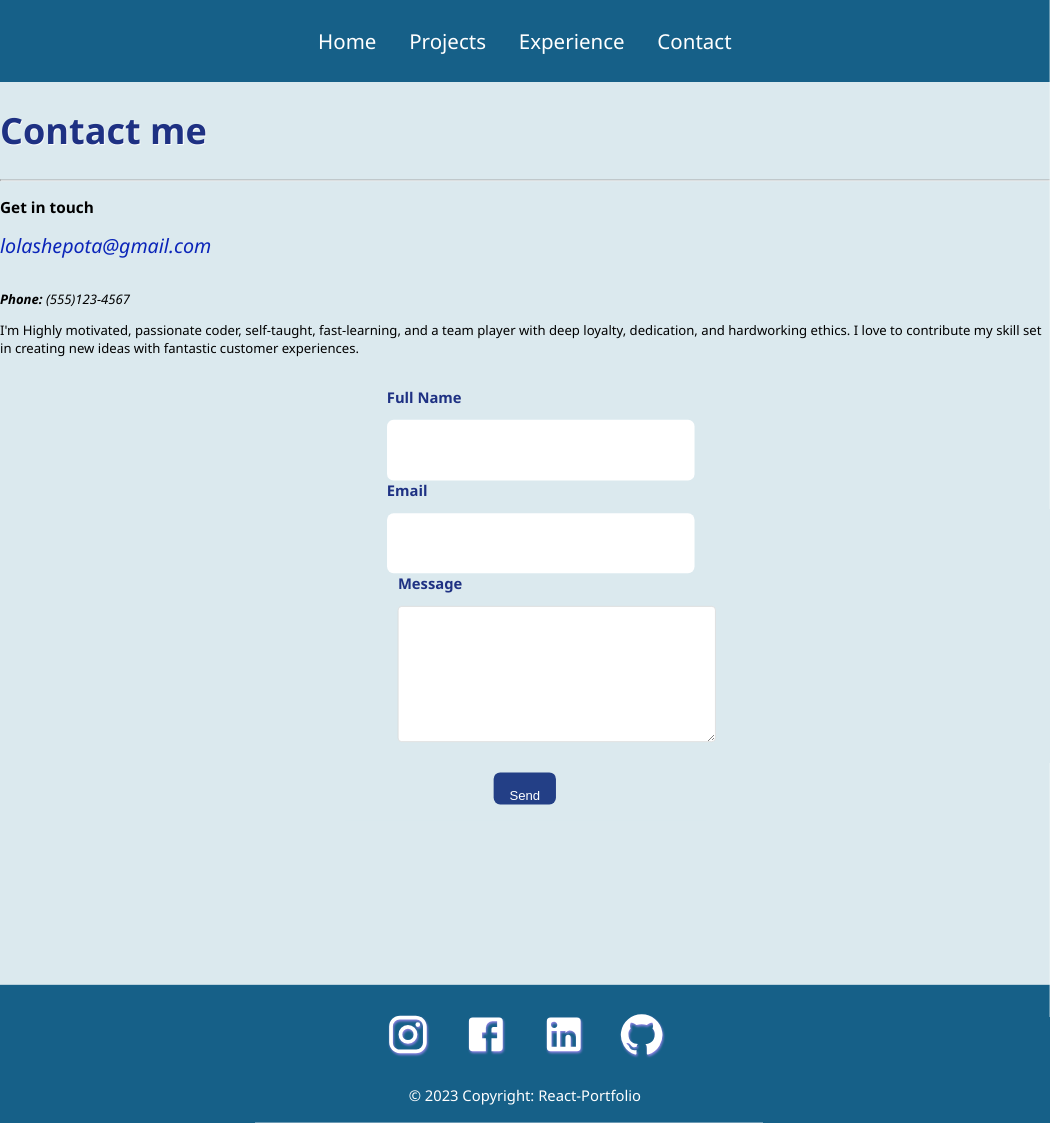
Repository: LolaSL/react-portfolio
Page: /contact
The author's editor kept a copy of each file at every save. The page is drawn from the files as they stood at one save, then again after the next save.
The browser window is 1280 px wide. The pictures show the whole page, at 82% of full size.
The project was rebuilt for these pictures with package versions that can differ from the ones it lists, and the page was loaded fresh each time. Also part of the build but not shown: src/pages/Home/Style.css, src/pages/Home/Home.jsx, src/components/ProjectItem/Style.css, src/components/ProjectItem/ProjectItem.jsx, src/helpers/ProjectList.js, src/pages/Projects/Style.css, src/pages/Projects/Projects.jsx, src/pages/Experience/Style.css and 2 more.

Above is the page before, as saved 2023-09-27 17:39:31.

### src/App.js
import './App.css';
import { BrowserRouter as Router, Routes, Route } from 'react-router-dom';
import Home from './pages/Home/Home.jsx';
import Projects from './pages/Projects/Projects.jsx';
import Experience from './pages/Experience/Experience.jsx';
import Navbar from "./components/Navbar/Navbar.jsx";
import Footer from './components/Footer/Footer.jsx';
import ProjectDetail from './pages/ProjectDetail/ProjectDetail';
import Contact from './pages/Contact/Contact';


function App() {
  return (
    <div className="App">
      <Router>
      <Navbar />
        <Routes>
          <Route path="/" element={<Home />} />
          <Route path="/projects" element={<Projects />} />
          <Route path="/project/:id" element={<ProjectDetail />} />
          <Route path="/experience" element={<Experience />} />
          <Route path="/contact" element ={<Contact/>}/>
        </Routes>
        <Footer />
      </Router>
    </div>
  );
}

export default App;

### src/App.css
.App {
  width: 100%;
  height: auto;
  display: flex;
  flex-direction: column;
  font-family:'Segoe UI', Tahoma, Geneva, Verdana, sans-serif;
  background-color: #dbe9ee;
}

body {
  margin: 0;
  padding: 0;
}

### src/components/Navbar/Navbar.jsx
import React, { useEffect, useState } from "react";
import { Link, useLocation } from "react-router-dom";
import DehazeIcon from "@mui/icons-material/Dehaze";
import "./Style.css";

const Navbar = () => {
  const [expandNavbar, setExpandNavbar] = useState(false);
  const location = useLocation();
  useEffect(() => {
    setExpandNavbar(false);
  }, [location]);
  return (
    <div className="navbar" id={expandNavbar ? "open" : "close"}>
      <div className="toggleButton">
        <button
          onClick={() => {
            setExpandNavbar((prev) => !prev);
          }}
        >
          <DehazeIcon />
        </button>
      </div>
      <div className="links">
        <Link to="/"> Home </Link>
        <Link to="/projects"> Projects </Link>
        <Link to="/experience"> Experience </Link>
        <Link to="/contact"> Contact </Link>
      </div>
    </div>
  );
};

export default Navbar;

### src/components/Footer/Footer.jsx
import React from "react";
import { Link } from "react-router-dom";
import InstagramIcon from "@mui/icons-material/Instagram";
import FacebookIcon from "@mui/icons-material/Facebook";
import LinkedInIcon from "@mui/icons-material/LinkedIn";
import GitHubIcon from "@mui/icons-material/GitHub";
import "./Style.css";

const Footer = () => {
  return (
    <div className="footer">
      <div className="socialMedia">
        <Link to="https://www.instagram.com">
          <InstagramIcon />
        </Link>
        <Link to="https://www.facebook.com">
          <FacebookIcon />
        </Link>
        <Link to="https://www.linkedin.com/in/lola-s-2aba6340-lo">
          <LinkedInIcon />
        </Link>
        <Link to="https://github.com">
          <GitHubIcon />
        </Link>
      </div>
      <div className="copyright">
        <p>&copy; {new Date().getFullYear()} Copyright: React-Portfolio</p>
      </div>
    </div>
  );
};

export default Footer;

### src/pages/Contact/Contact.jsx
// import React, { useRef } from "react";
// import emailjs from "@emailjs/browser";
// import { Container, Row, Col } from "react-bootstrap";
// import { contactConfig } from "./contactConfig";
// import "./Style.css";

// const ContactForm = () => {
//   const form = useRef();

//   const sendEmail = (e) => {
//     e.preventDefault();

//     emailjs.sendForm("MY_SERVICE", "MY-TEMPLATE", form.current, "MY-KEY").then(
//       (result) => {
//         console.log(result.text);
//         console.log("message sent");
//       },
//       (error) => {
//         console.log(error.text);
//       }
//     );
//   };
//   return (
//     <Container >
//       <Row className="mb-5 mt-3 p-4">
//         <Col lg="8">
//           {" "}
//           <h1 className="display-4 mb-4 text-center">Contact me</h1>
//           <hr className="t_border my-4 ml-0 text-left" />
//         </Col>
//       </Row>
//       <Row className="sec-sp">
//         <Col lg="5" className="mb-5">
//           <h3 className="color_sec py-4">Get in touch</h3>
//           <address>
//             <strong>      <a href={`mailto:${contactConfig.YOUR_EMAIL}`}>
//                 {contactConfig.YOUR_EMAIL}
//               </a></strong>
//               <br />
//               <br />
//               {contactConfig.hasOwnProperty("YOUR_FONE") ? (
//                 <p>
//                   <strong>Phone:</strong> {contactConfig.YOUR_FONE}
//                 </p>
//               ) : (
//                 ""
//               )}
//             </address>
//             <p>{contactConfig.description}</p>
//           </Col>
//         <Col lg="7" className="d-flex align-items-center">
//           <form ref={form} onSubmit={sendEmail} className="contact-form w-100">
//           <Row>
//                 <Col lg="6" className="form-group">
//                   <input
//                     className="form-control"
//                     id="name"
//                     name="name"
//                     placeholder="Name"
//                     type="text"
//                     required
//                   />
//                 </Col>
//                 <Col lg="6" className="form-group">
//                   <input
//                     className="form-control rounded-0"
//                     id="email"
//                     name="email"
//                     placeholder="Email"
//                     type="email"
//                     required
//                   />
//                 </Col>
//               </Row>
//               <textarea
//                 className="form-control rounded-0"
//                 id="message"
//                 name="message"
//                 placeholder="Message"
//                 rows="5"
//                 required
//               ></textarea>
//               <br />
//             <Row>
//               <Col lg="12" className="form-group">
//                 <input
//                   type="submit"
//                   className="btn"
//                   value="Send"
//                   disabled={true}
//                 />
//               </Col>
//             </Row>
//           </form>
//         </Col>
//       </Row>
//     </Container>
//   );
// };

// export default ContactForm;

import React, { useRef } from "react";
import emailjs from "@emailjs/browser";
import { Container, Row, Col } from "react-bootstrap";
import { contactConfig } from "./contactConfig";
import "./Style.css";

const ContactForm = () => {
  const form = useRef();

  const sendEmail = (e) => {
    e.preventDefault();

    emailjs.sendForm("MY_SERVICE", "MY-TEMPLATE", form.current, "MY-KEY").then(
      (result) => {
        console.log(result.text);
        console.log("message sent");
      },
      (error) => {
        console.log(error.text);
      }
    );
  };
  return (
    <Container>
      <Row className="mb-5 mt-3 p-4">
        <Col lg={{ span: 8, offset: 2 }} md={{ span: 10, offset: 1 }}>
          <h1 className="display-4 mb-4 text-center">Contact me</h1>
          <hr className="t_border my-4 ml-0 text-left" />
        </Col>
      </Row>
      <Row className="sec-sp">
        <Col lg={5} md={6} className="mb-5">
          <h3 className="color_sec py-4">Get in touch</h3>
          <address>
            <strong>
              <a href={`mailto:${contactConfig.YOUR_EMAIL}`}>
                {contactConfig.YOUR_EMAIL}
              </a>
            </strong>
            <br />
            <br />
            {contactConfig.hasOwnProperty("YOUR_FONE") ? (
              <p>
                <strong>Phone:</strong> {contactConfig.YOUR_FONE}
              </p>
            ) : (
              ""
            )}
          </address>
          <p>{contactConfig.description}</p>
        </Col>
        <Col lg={7} md={6} className="d-flex align-items-center">
          <form ref={form} onSubmit={sendEmail} className="contact-form w-100">
            <Row className="w-100">
              <Col lg={6} md={6} sm={12} className="form-group">
                <label htmlFor="name">Full Name</label>
                <input
                  className="form-control"
                  id="name"
                  name="name"
                  type="text"
                  required
                />
              </Col>
              <Col lg={6} md={6} sm={12} className="form-group">
                <label htmlFor="email">Email</label>
                <input
                  className="form-control rounded-0"
                  id="email"
                  name="email"
                  type="email"
                  required
                />
              </Col>
            </Row>
            <Row className="w-100">
              <Col lg={12} md={12} sm={12} className="form-group">
                <label htmlFor="message">Message</label>
                <textarea
                  className="form-control rounded-0"
                  id="message"
                  name="message"
                  rows="5"
                  required
                ></textarea>
              </Col>
            </Row>
            <Row className="w-100">
              <Col lg={12} md={12} sm={12} className="form-group ">
                <input
                  type="submit"
                  className="btn btn-primary"
                  value="Send"
                  disabled={false}
                />
              </Col>
            </Row>
          </form>
        </Col>
      </Row>
    </Container>
  );
};

export default ContactForm;

### src/components/Navbar/Style.css
.navbar {
  width: 100%;
  height: 100px;
  background: #166088;
}

.links {
  width: 100%;
  height: 100%;
  display: flex;
  align-items: center;
  justify-content: center;
  color: white;
}

.navbar a {
  color: white;
  text-decoration: none;
  margin: 20px;
  font-size: 25px;
}

.toggleButton {
  width: 100%;
  height: 100px;
  display: flex;
  align-items: center;
  justify-content: flex-end;
}

.toggleButton svg {
  font-size: 50px;
}
.toggleButton button {
  margin-right: 20px;
  padding: 8px;
  background-color: transparent;
  border: none;
  color: white;
  cursor: pointer;
}

#open {
  height: 100vh;
}

#open .links {
  flex-direction: column;
  justify-content: flex-start;
  margin-top: 100px;
}

#open a {
  width: 100%;
  text-align: center;
}

@media only screen and (max-width: 900px) {
  .navbar a {
    width: 600px;
  }
}

@media only screen and (max-width: 600px) {
  .toggleButton {
    display: flex;
  }
  #close a {
    display: none;
  }
}

@media only screen and (min-width: 600px) {
  .toggleButton {
    display: none;
  }

  .hiddenLinks {
    display: none;
  }

  #open {
    height: 100px;
  }

  #open .links {
    flex-direction: row;
  }
}

### src/components/Footer/Style.css
.footer {
    width: 100%;
    height: 155px;
    background: #166088;
    display: flex;
    justify-content: center;
    align-items: center;
    flex-direction: column;
    padding-top: 10px;
    margin-top: 200px;
    position: related;
    bottom: 0;
    left: 0;
    right: 0;
  }
  .footer{
    height: 22vh;
  }
  .socialMedia svg{
    color: white;
    margin: 20px;
    font-size: 55px;
    cursor: pointer;
    margin-bottom: 10px;
  }
  .socialMedia svg:hover{
    color: #e76972;
    margin: 20px;
    font-size: 55px;
    cursor: pointer;
    margin-bottom: 10px;
    background-color: transparent;
    transition: all ease 0.3s;
    border: none;
    text-shadow: 0 0 0.625em #d83535;
  }
.copyright p{
    color: white;
    font-size: 18px;
  }

  @media only screen and (max-width: 600px) {
    .footer svg {
      font-size: 50px;
    }
    .copyright p{
      font-size: 16px;
    }
  }

### src/pages/ProjectDetail/Style.css
.project {
  width: 100%;
    height: auto;
    display: flex;
    justify-content: center;
    align-items: center;
    flex-direction: column;
    color: #3e497a;
}

.project  h1 {
  text-align: center;
  color: #3e497a;
  font-size:50px;
  font-weight: bolder;
  margin-top: 30px

}
.project img {
  max-width: 700px;
  border-radius: 10px;
  margin-bottom: 40px;
}

.project h3 {
  font-size: 1.7rem;
  color: #3e497a;
  padding: 50px;
  text-align: justify;
}
a {
  text-decoration: none;
  color: rgb(11, 37, 185);
  font-weight: normal;
  font-size: 24px;
}
a:hover {
  text-decoration: none;
   color: #e76972;
  font-weight: bold;
  transition: all ease 0.3s;
  font-size: 24px;
  cursor: pointer;
  text-shadow: 0 0 0.625em #d83535;
}
.project svg {
  font-size: 60px;
  color: #3e497a;
}
.project svg:hover {
  color: #2d2d84;
  cursor: pointer;
}
svg {
  filter: drop-shadow(1px 2px 1px rgb(144, 130, 227));
}
@media only screen and (max-width: 1300px) {
  .project img {
    max-width: 500px;
    border-radius: 8px;
  }
  .project h1 {
    font-size: 1.8rem;
  }
  .project h3 {
    font-size: 1.4rem;
  }
}

@media only screen and (max-width: 800px) {
  .project img {
    max-width: 374px;
    border-radius: 6px;
  }
  .project h1 {
    font-size:37px;
    text-align: center;
    color: #3e497a;
  }
  .project h3 {
    font-size: 1.3rem;
  }

}

### src/pages/Contact/contactConfig.js
// const contactConfig = {
//     description: "I'm Highly motivated, passionate coder, self-taught, fast-learning, and a team player with deep loyalty, dedication, and hardworking ethics. I love to contribute my skill set in creating new ideas with fantastic customer experiences."
// }
// export {
//     contactConfig
// }
const logotext = 'Lola Shepota';
const meta = {
    title: 'Lola Shepota',
    description:
        "I'm Highly motivated, passionate coder, Full-Stact Junior. ",
};

const introdata = {
    title: 'I’m John Doe',
    animated: {
        first: 'I love coding',
        second: "I'm creating new ideas with fantastic customer experiences",
        third: 'A team player with deep loyalty',
    },
    description:
        "I'm self-taught, fast-learning, and  dedication, and hardworking ethics. I love contributing my skills to code websites.",
    your_img_url: 'https://avatars.githubusercontent.com/u/67796082?v=4',
};

const dataabout = {
    title: 'About my self',
    aboutme:
        'Lorem ipsum dolor sit amet, consectetur adipiscing elit. Praesent quis dolor id ligula semper elementum feugiat pretium nulla. Nunc non commodo dolor. Nunc mollis dignissim facilisis. Morbi ut magna ultricies.',
};
const worktimeline = [
    {
        jobtitle: 'Designer of week',
        where: 'YAdfi',
        date: '2020',
    },
    {
        jobtitle: 'Designer of week',
        where: 'Jamalya',
        date: '2019',
    },
    {
        jobtitle: 'Designer of week',
        where: 'ALquds',
        date: '2019',
    },
];



const services = [
    {
        title: 'UI & UX Design',
        description:
            'Lorem ipsum dolor sit amet, consectetur adipiscing elit. Sed at nisl euismod urna bibendum sollicitudin.',
    },
    {
        title: 'Mobile Apps',
        description:
            'Lorem ipsum dolor sit amet, consectetur adipiscing elit. Sed at nisl euismod urna bibendum sollicitudin.',
    },
    {
        title: 'Wordpress Design',
        description:
            'Lorem ipsum dolor sit amet, consectetur adipiscing elit. Sed at nisl euismod urna bibendum sollicitudin.',
    },
];

const contactConfig = {
    YOUR_EMAIL: 'lolashepota@gmail.com',
    YOUR_FONE: '(555)123-4567',
    description:
        "I'm Highly motivated, passionate coder, self-taught, fast-learning, and a team player with deep loyalty, dedication, and hardworking ethics. I love to contribute my skill set in creating new ideas with fantastic customer experiences.",
    YOUR_SERVICE_ID: 'service_id',
    YOUR_TEMPLATE_ID: 'template_id',
    YOUR_USER_ID: 'user_id',
};


export {
    meta,
    dataabout,
    worktimeline,
    services,
    introdata,
    contactConfig,
    logotext,
};

### src/pages/Contact/Style.css
.contact-form {
  max-width: 400px;
  margin: 0 auto;
  padding: 20px;
  background-color: #dbe9ee;
  display: flex;
  flex-direction: column;
  align-items: center;
  color: #1e3183;
  font-size: 18px;
  font-weight: 600;


}
h1{
  font-size: 44px;
 color: #1e3183;
 text-shadow: 1px 1px 1px #ffffff;

}
  input {
    width: 100%;
    height: 35px;
    padding: 9px;
    outline: none;
    border-radius: 5px;
    border: 1px solid rgb(220, 220, 220);

    &:focus {
      border: 2px solid rgba(0, 206, 158, 1);
    }
  }
  input,
  textarea {
    width: 100%;
    font-size: 1rem;
    padding: 1.2rem;
    color: grey;
    background-color: dark;
    outline: none;
    border: none;
    border-radius: 8px;
    margin-top: 1rem;
  }
  textarea {
   width: 120%;
    max-height: 100px;
    /* min-height: 100px; */
    padding: 7px;
    outline: none;
    border-radius: 5px;
    border: 1px solid rgb(220, 220, 220);
    min-height:150px;
    resize: vertical;
    &:focus {
      border: 2px solid rgba(0, 206, 158, 1);
    }
  }

  input[type="submit"] {
    margin-top: 2rem;
    cursor: pointer;
    background: #233f86;
    color: white;
    border: none;
    width: 100%;
  }
  input:hover[type="submit"] {
    margin-top: 2rem;
    cursor: pointer;
    background: #e76972;
    color: white;
    border: none;
  }

/*
  .form-group {
    width: 100%;
    margin-bottom: 2rem;
  }
  label {
    font-size: 1.8rem;
  }
  input,
  textarea {
    width: 100%;
    font-size: 2rem;
    padding: 1.2rem;
    color: var(--gray-1);
    background-color: var(--deep-dark);
    outline: none;
    border: none;
    border-radius: 8px;
    margin-top: 1rem;
  }
  textarea {
    min-height: 250px;
    resize: vertical;
  }
  button[type='submit'] {
    background-color: var(--gray-1);
    color: var(--black);
    font-size: 2rem;
    display: inline-block;
    outline: none;
    border: none;
    padding: 1rem 4rem;
    border-radius: 8px;
    cursor: pointer;
  } */

Loaded but not shown: public/index.html (common file); src/index.js (common file); src/reportWebVitals.js (common file)

After the next save:
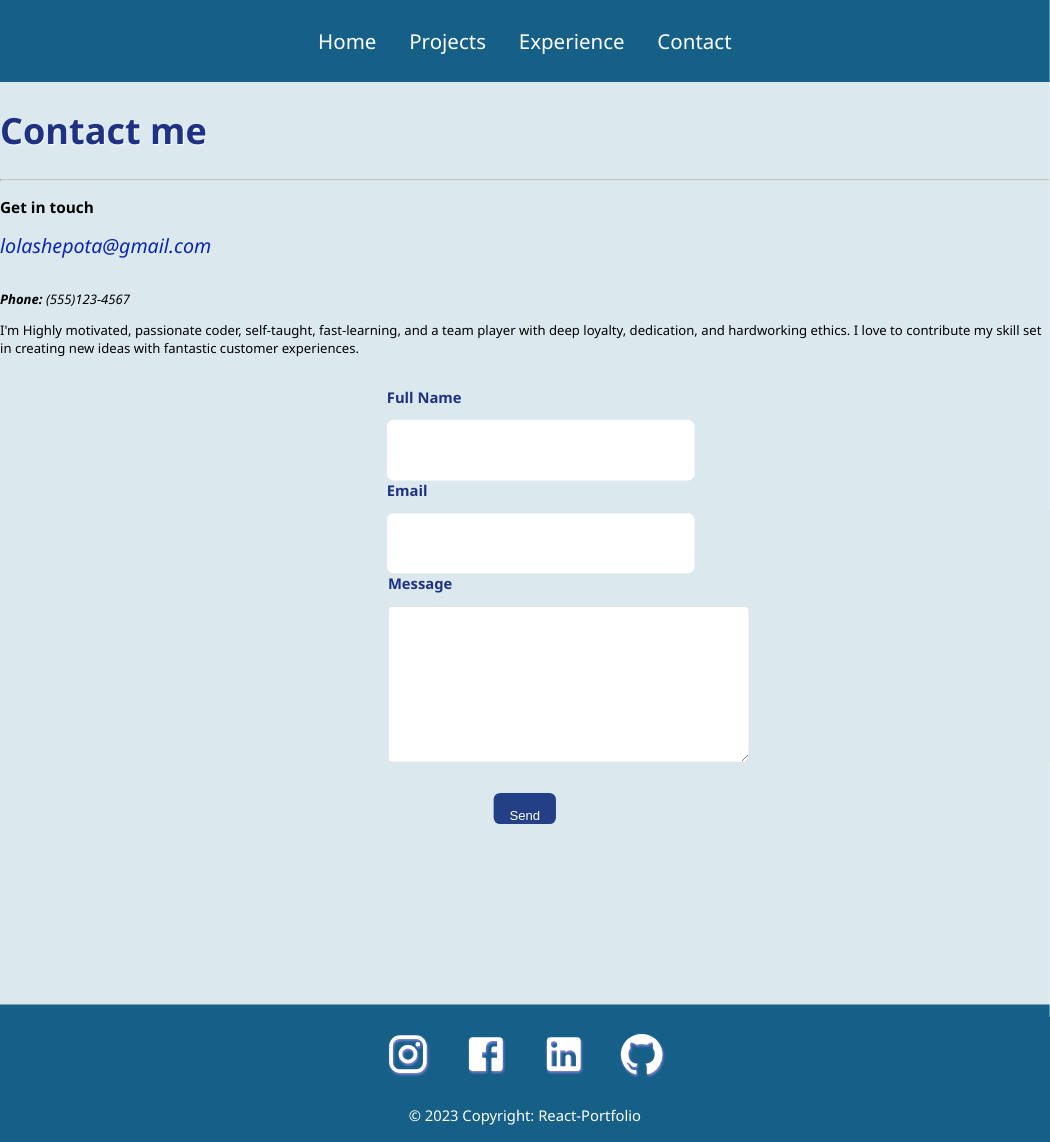
Saved 9 s later.
--- a/src/pages/Contact/Style.css
+++ b/src/pages/Contact/Style.css
@@ -46,7 +46,7 @@
    width: 120%;
     max-height: 100px;
     /* min-height: 100px; */
-    padding: 7px;
+    /* padding: 7px; */
     outline: none;
     border-radius: 5px;
     border: 1px solid rgb(220, 220, 220);

After the save that followed:
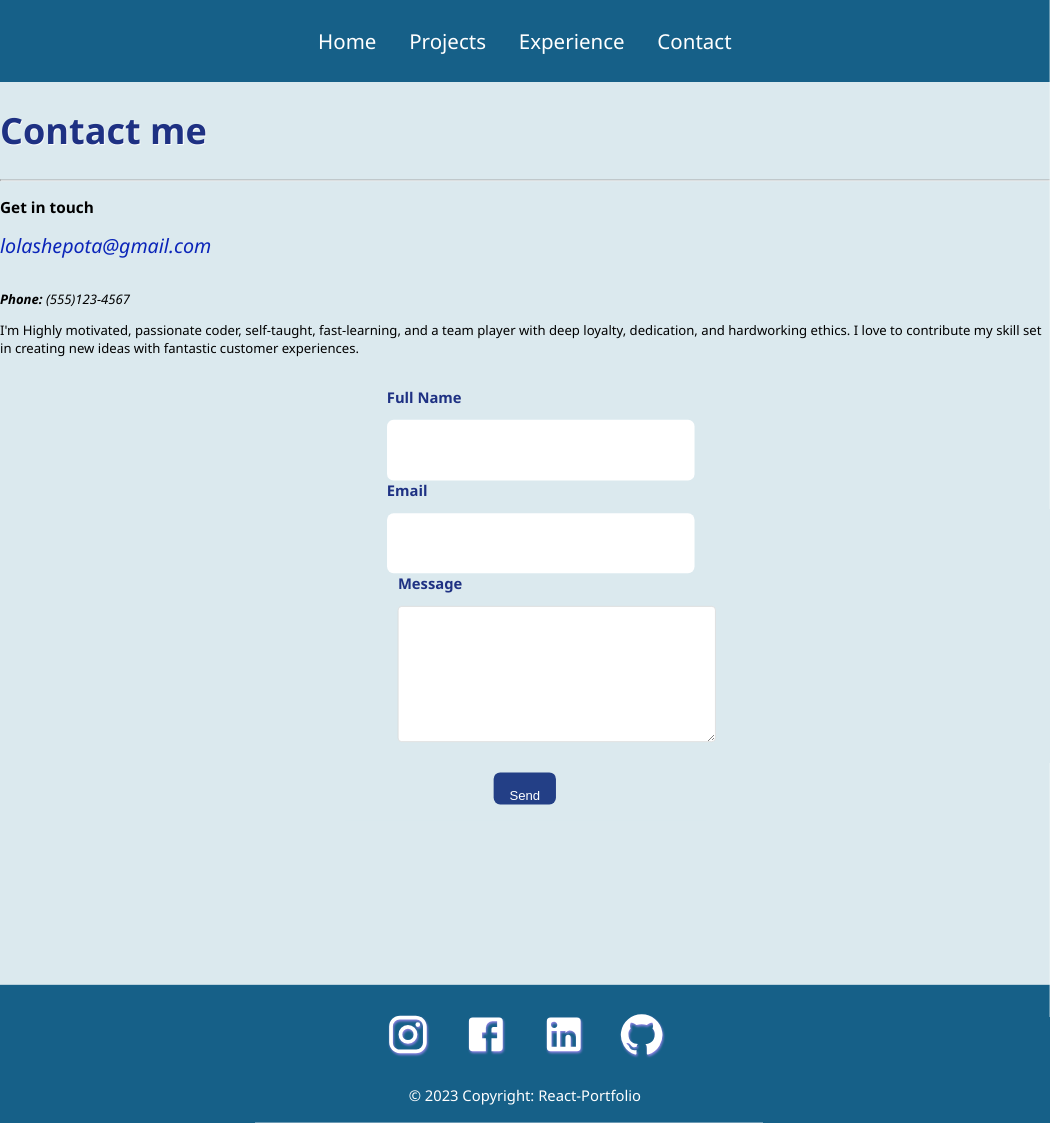
Saved 10 s later.
--- a/src/pages/Contact/Style.css
+++ b/src/pages/Contact/Style.css
@@ -46,7 +46,7 @@
    width: 120%;
     max-height: 100px;
     /* min-height: 100px; */
-    /* padding: 7px; */
+    padding: 7px;
     outline: none;
     border-radius: 5px;
     border: 1px solid rgb(220, 220, 220);
